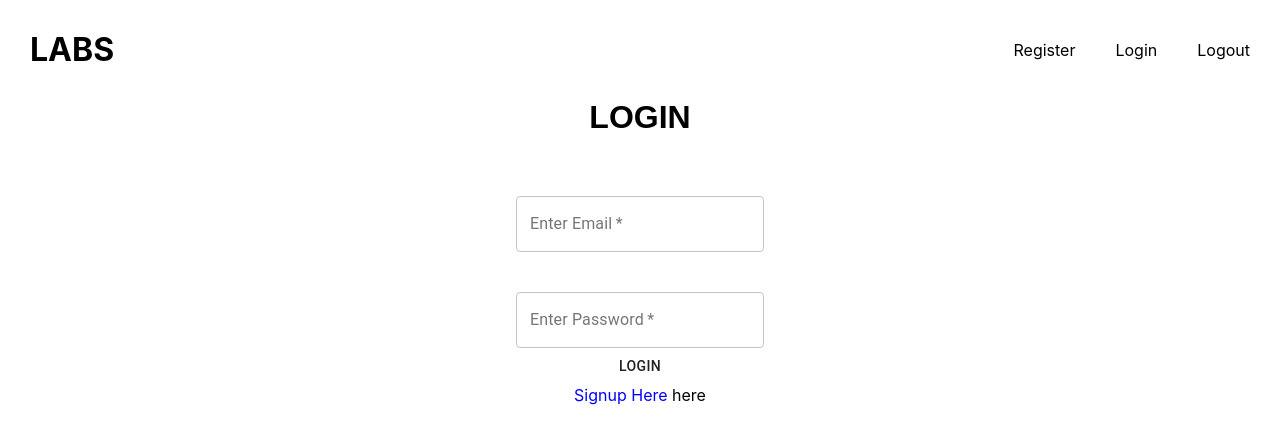
Repository: Prafullkuma/labsdata
Page: /login
These files come from the project's save history. The page is drawn as it stood at one moment and after a run of saves; the edit follows.
The browser window is 1280 px wide. The pictures show the whole page.
The project was rebuilt for these pictures with package versions that can differ from the ones it lists, and the page was loaded fresh each time. Also part of the build but not shown: src/Component/Admin.css, src/Component/Details/details.css, src/Component/Student/addstudent.css, src/Component/Student/Addstudent.js, src/Component/Student/ViewData/ViewData.css, src/Component/Student/ViewData/ViewStudentData.js, src/Component/Student/ViewStudent.js, src/Component/Details/Details.js and 4 more.

Above is the page before, as saved 2020-08-26 19:07:35.

### src/App.js
import React from 'react';
import './App.css';
import Nav from './Component/Nav'
import Admin from './Component/Admin'
import Main from './Component/Main'
import Login from './Auth/Login'
import Signup from './Auth/Signup'
import Logout from './Auth/Logout'
import { BrowserRouter as Router, Route } from 'react-router-dom'
function App() {
  return (
    <div className="App">
      <Router>
        <Nav />
        <Route path="/logout" component={Logout} />
        <Route path="/signup" component={Signup} />
        <Route path="/login" component={Login} />
        <Route path="/admin" component={Admin} />
        <Route exact path="/" component={Main} />
      </Router>
    </div>
  );
}

export default App;

### src/Component/Nav.js
import React from 'react'
import './Nav.css'
import { Link } from 'react-router-dom'
import { auth } from '../firebase'

function Nav() {
    const logoutHandler = (e) => {
        e.preventDefault()
        auth.signOut()
    }
    return (
        <div className="Navbar">
            <h1> <Link to="/"> LABS</Link></h1>
            <ul>
                <li><Link to="/signup"> Register</Link></li>
                <li><Link to="/login">Login</Link></li>
                <li><Link to="/" onClick={logoutHandler}>Logout</Link>
                </li>

            </ul>
        </div>
    )
}

export default Nav

### src/Auth/Login.js
import React, { useState } from 'react'
import { TextField, Button } from '@material-ui/core'
import { Link } from 'react-router-dom'
import { auth } from '../firebase'
import { useHistory } from 'react-router-dom'
function Login() {
    const [email, setEmail] = useState('')
    const [password, setPassword] = useState('')
    const [error, setError] = useState('')
    let history = useHistory()
    const loginHandler = (e) => {
        e.preventDefault()
        const _email = email
        const _password = password
        auth.signInWithEmailAndPassword(_email, _password)
            .then(cred => console.log(cred))
            .catch((error) => {
                setError(error.message)
            })
        auth.onAuthStateChanged(user => {
            if (user) {
                history.push('/admin')
                setUI(user)
            } else {
                history.push('/login')
            }
        })
    }
    return (
        <div className="register">
            <h1>Login</h1>
            <form>
                <p>{error}</p>
                <br />
                <br />
                <TextField id="outlined-basic"
                    type="email"
                    required
                    value={email}
                    onChange={e => setEmail(e.target.value)}
                    label="Enter Email"
                    variant="outlined"
                />
                <br />
                <br />
                <br />
                <TextField
                    value={password}
                    onChange={e => setPassword(e.target.value)}
                    id="outlined-basic"
                    type="password"
                    required label="Enter Password"
                    variant="outlined" />
                <br />
                <Button onClick={loginHandler}> Login</Button>
                <br />
                <p><Link to="/signup" style={{ color: 'blue' }}>Signup Here</Link> here</p>
            </form>

        </div>

    )
}

export default Login

### src/Component/Nav.css
.Navbar{
    padding: 30px;
    display: flex;
    justify-content: space-between;
    align-items: center;

}
a{
    text-decoration: none;
    color:black;
    }
ul,li{
    list-style: none;
    float: left;
    margin-left: 40px;
}

### src/firebase.js
import firebase from 'firebase'

import 'firebase/firestore'
import 'firebase/auth'

var firebaseConfig = {
    apiKey: "AIzaSyDBjwEIOoHjkS1sD05WaYhi0mxlrS6cIds",
    authDomain: "labsdata-13bd9.firebaseapp.com",
    databaseURL: "https://labsdata-13bd9.firebaseio.com",
    projectId: "labsdata-13bd9",
    storageBucket: "labsdata-13bd9.appspot.com",
    messagingSenderId: "673732582527",
    appId: "1:673732582527:web:3f4a8688ae38e1fa14f34a",
    measurementId: "G-1QEVCBTCNL"
};
// Initialize Firebase
const data = firebase.initializeApp(firebaseConfig);
const db = data.firestore()
const auth = data.auth()

export { db, auth, firebase as default }

### src/Auth/signup.css
.register{
    text-align: center;
}
.register h1{
    text-transform: uppercase;
    font-family: sans-serif;
    margin-bottom: 20px;
}
#outlined-basic{
}

Loaded but not shown: public/index.html (common file); src/index.js (common file); src/index.css (common file); src/serviceWorker.js (common file); src/App.css (common file); src/Component/Main.css (no stored copy; drawn as an empty file); src/Component/Student/viewstudent.css (no stored copy; drawn as an empty file)

After the next 2 saves:
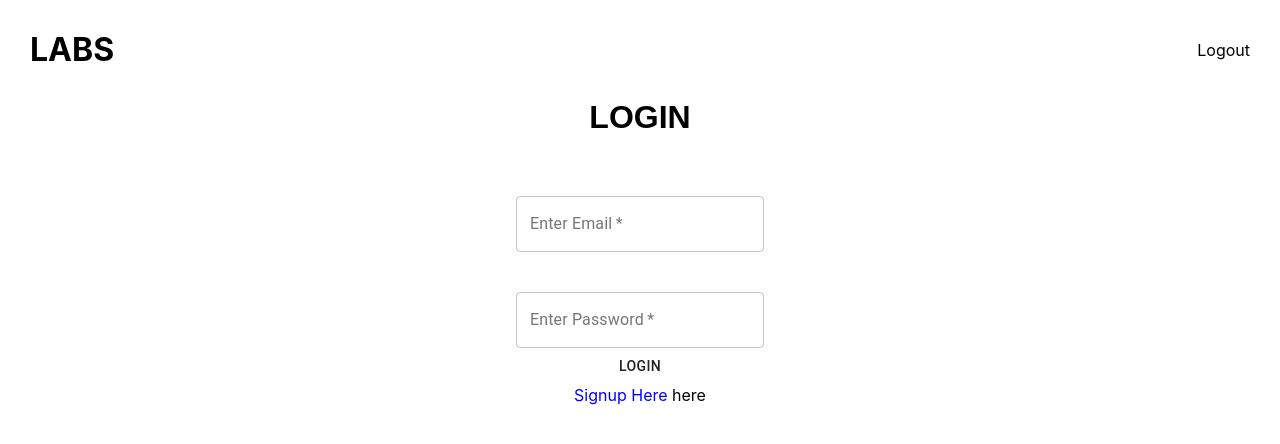
The 2 saves are shown as one change because 1 did not build or start.
The last was saved 119 s later.
--- a/src/Component/Nav.js
+++ b/src/Component/Nav.js
@@ -12,8 +12,8 @@ function Nav() {
         <div className="Navbar">
             <h1> <Link to="/"> LABS</Link></h1>
             <ul>
-                <li><Link to="/signup"> Register</Link></li>
-                <li><Link to="/login">Login</Link></li>
+                <li style={{ display: 'none' }}><Link to="/signup"> Register</Link></li>
+                <li style={{ display: 'none' }}><Link to="/login">Login</Link></li>
                 <li><Link to="/" onClick={logoutHandler}>Logout</Link>
                 </li>
 
